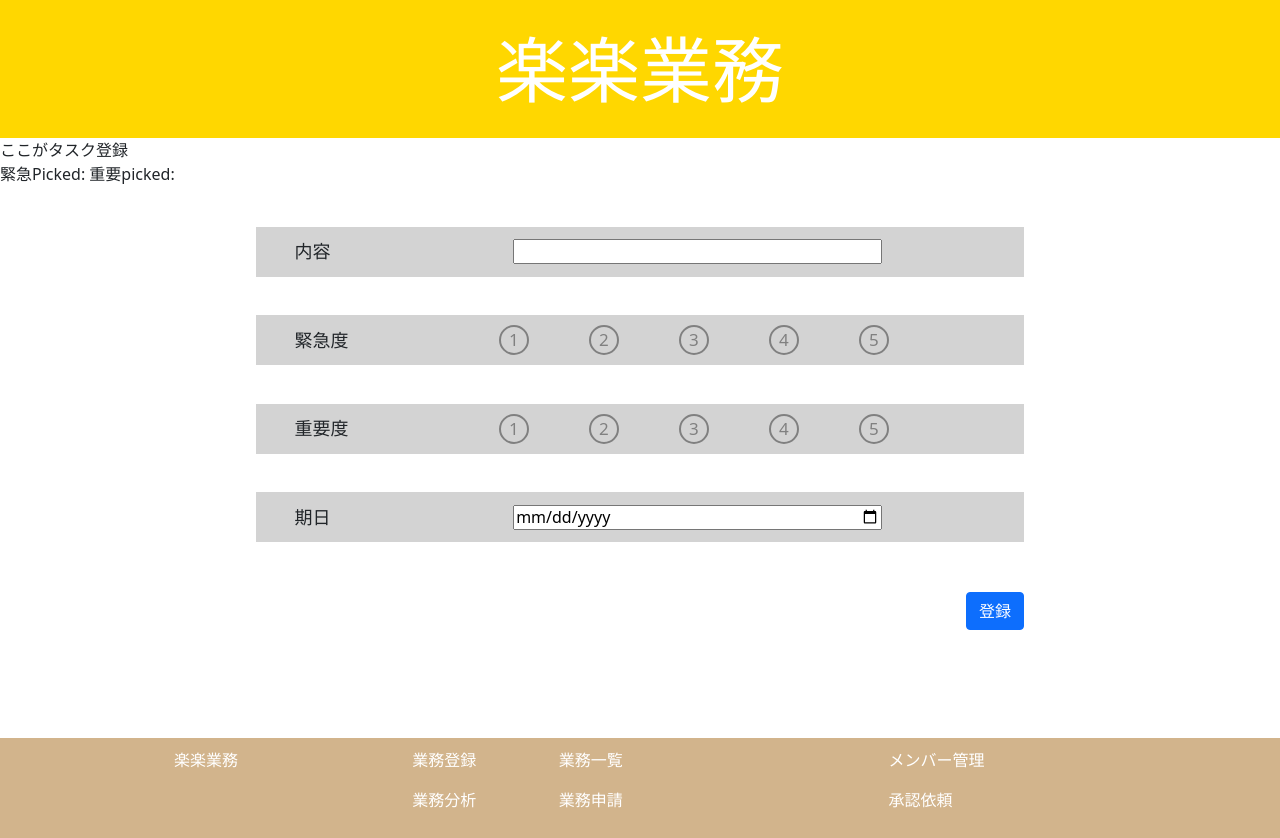
Repository: Reiya-1003/VueReplaceTask
Page: /#/register
The author's editor kept a copy of each file at every save. The page is drawn from the files as they stood at one save, then again after the next save.
The browser window is 1280 px wide. The pictures show the whole page.
The project was rebuilt for these pictures with package versions that can differ from the ones it lists, and the page was loaded fresh each time. Also part of the build but not shown: vue.config.js, src/components/pages/PageHome.vue.

Above is the page before, as saved 2022-06-17 09:17:30.

### public/index.html
<!DOCTYPE html>
<html lang="">
  <head>
    <meta charset="utf-8">
    <meta http-equiv="X-UA-Compatible" content="IE=edge">
    <meta name="viewport" content="width=device-width,initial-scale=1.0">
    <link rel="icon" href="<%= BASE_URL %>favicon.ico">
    <link rel="stylesheet" href="style.css">
    <title><%= htmlWebpackPlugin.options.title %></title>
  </head>
  <body>
    <noscript>
      <strong>We're sorry but <%= htmlWebpackPlugin.options.title %> doesn't work properly without JavaScript enabled. Please enable it to continue.</strong>
    </noscript>
    <div id="app"></div>
    <!-- built files will be auto injected -->
  </body>
</html>

### src/main.js
import Vue from 'vue'
import App from './App.vue'
import router from './roter'
import { BootstrapVue, IconsPlugin } from 'bootstrap-vue'
import 'bootstrap/dist/css/bootstrap.css'
import 'bootstrap-vue/dist/bootstrap-vue.css'

Vue.config.productionTip = false

Vue.use(BootstrapVue)
Vue.use(IconsPlugin)




new Vue({
  router,
  render: h => h(App),
}).$mount('#app')

### src/App.vue
<template>
  <div>
      <PageHeader />

        <!-- <PageHome /> -->
        <router-view />

      <PageFooter />
  </div>
</template>

<script>
import PageHeader from "./components/modules/PageHeader";
import PageFooter from "./components/modules/PageFooter";


export default {
  name: 'App',
  components: {
    PageHeader,
    PageFooter,


  },

}
</script>

<style>

</style>

### src/roter.js
import Vue from 'vue'
import VueRouter from 'vue-router'
import Home from '@/components/pages/PageHome.vue'
import Register from '@/components/pages/PageRegister.vue'
import Edit from '@/components/pages/PageEdit.vue'




Vue.use(VueRouter)

export default new VueRouter({
  // デフォルトの挙動では URL に `#` が含まれる.
  // URL から hash を取り除くには `mode:history` を指定する
  // mode: 'history',
  base: __dirname,

  routes: [
    {
      path: '/',
      name: 'home',
      component: Home
    },
    {
      path: '/register',
      name: 'register',
      component: Register
    },
    {
      path: '/edit',
      name: 'edit',
      component: Edit
    },



  ]

})

### src/components/modules/PageHeader.vue
<template>
  <header id="headerblock">

    <h1 id="title" ><router-link to="/" >楽楽業務</router-link></h1>


  </header>
</template>

<script>
export default {
  name: 'PageHeader',

}
</script>


<style lang="scss" type="text/css">
  #headerblock{
    height: 10%;
    width: 100%;
    background-color: #ffd700;
    h1{
      margin: 0;
      text-align: center;
      padding: 2%;
      color: white;
      font-size: 10vh;
      font-weight: normal;
      a{
      cursor: pointer;
      color: inherit;
      text-decoration: none;
    }
    }


  }
</style>

### src/components/modules/PageFooter.vue
<template>
  <div id="footblock">

    <div class="flexitem1">
      <p><router-link to="/" >楽楽業務</router-link></p>
    </div>
    <div class="flexitem2">
      <div>
        <!-- roter-linkになると思う -->
        <p><router-link to="/register">業務登録</router-link></p>
        <p>業務分析</p>
      </div>
      <div class="item">
        <p>業務一覧</p>
        <p>業務申請</p>
      </div>
    </div>
    <div class="flexitem3">
      <p>メンバー管理</p>
      <p>承認依頼</p>
    </div>


  </div>
</template>

<script>
export default {
  name: 'PageFooter',

}
</script>


<style lang="scss" type="text/css">
  #footblock{
    background-color: #d2b48c;
    color: white;
    display: flex;
    justify-content: space-around;

    .flexitem1{
      width: 100%;
      text-align: center;
      padding-top: 10px;
      padding-bottom: 10px;
      a{
      cursor: pointer;
      color: inherit;
      text-decoration: none;
      }
    }
    .flexitem2{
      width: 100%;
      display: flex;
      padding-top: 10px;
      padding-bottom: 10px;
      justify-content: flex-start;
      a{
      cursor: pointer;
      color: inherit;
      text-decoration: none;
      }
      .item{
        padding-left: 20%;
      }
    }
    .flexitem3{
      padding-top: 10px;
      padding-bottom: 10px;
      padding-left: 5%;
      width: 100%;
      a{
      cursor: pointer;
      color: inherit;
      text-decoration: none;
      }
    }
  }
</style>

### src/components/pages/PageRegister.vue
<template>
  <div style="height: 600px">
    <div>ここがタスク登録</div>
    <span>緊急Picked: {{ Urgencypicked}}</span>
    <span>重要picked: {{picked}}</span>

    <div class="listbox">
      <div class="listitem">
        <span class="itemtitle">内容</span
        ><span class="item"><input type="text" class="textinput" /></span>
      </div>
      <div class="listradioitem">
        <span class="itemtitle">緊急度</span>
        <span class="item">
          <input type="radio" id="one" value="one" name="Urgency" class="radioinput" v-model="Urgencypicked"/><label
            for="one"
            >1</label>
          <input type="radio" id="two" value="two" name="Urgency" class="radioinput" v-model="Urgencypicked"/><label
            for="two"
            >2</label>
            <input type="radio" id="three" value="three" name="Urgency" class="radioinput" v-model="Urgencypicked"/><label
            for="three"
            >3</label>
            <input type="radio" id="four" value="four" name="Urgency" class="radioinput" v-model="Urgencypicked"/><label
            for="four"
            >4</label>
            <input type="radio" id="five" value="five" name="Urgency" class="radioinput" v-model="Urgencypicked"/><label
            for="five"
            >5</label>

        </span>
      </div>
      <div class="listradioitem">
        <span class="itemtitle">重要度</span>
        <span class="item">
          <input type="radio" id="imone" value="one" name="importance" class="radioinput" v-model="picked"/><label
            for="imone"
            >1</label>
          <input type="radio" id="imtwo" value="two" name="importance" class="radioinput" v-model="picked"/><label
            for="imtwo"
            >2</label>
            <input type="radio" id="imthree" value="three" name="importance" class="radioinput" v-model="picked"/><label
            for="imthree"
            >3</label>
            <input type="radio" id="imfour" value="four" name="importance" class="radioinput" v-model="picked"/><label
            for="imfour"
            >4</label>
            <input type="radio" id="imfive" value="five" name="importance" class="radioinput" v-model="picked"/><label
            for="imfive"
            >5</label>

        </span>
      </div>
      <div class="listitem">
        <span class="itemtitle">期日</span
        ><span class="item"><input type="date" class="dateinput" /></span>
      </div>
    </div>
    <div class="listbutton">
      <b-button variant="primary">登録</b-button>
    </div>

  </div>
</template>

<script>
export default {
  name: "PageRegister",
  data(){
    return{
      Urgencypicked:"",
      picked:""
    }
  }
};
</script>

<style lang="scss" type="text/css">
.listbox {
  margin: 3px auto;
  height: 400px;
  width: 60%;
  display: flex;
  flex-direction: column;

  .listitem{
    .item {
      width: 80%;
      display: flex;
      justify-content: center;
      margin-left: 5%;
      .textinput {
        width: 60%;
        height: 25px;
       margin-left: 7%;
      }
      .dateinput {
        width: 60%;
        height: 25px;
        margin-left: 7%;
      }

  }
  }


  .listradioitem {
    height: 50px;
    display: flex;
    align-items: center;
    margin-top: 5%;
    background-color: lightgray;
    text-align: center;
    .itemtitle {
      margin-left: 5%;
      font-size: large;
    }
    .item {
      width: 80%;
      display: flex;
      justify-content: center;
      margin-left: 5%;

      .radioinput{
        display: none;

      }


label:hover {
background-color: #E2EDF9; /* マウスオーバー時の背景色を指定する */
}
label {
    display: block;
    float: left;
    margin: 5px;
    width: 30px;
    height: 30px;
    text-align: center;
    color: gray;
    cursor: pointer;
    border: 2px solid;
    border-radius: 50%;
    font-size: 17px;
    margin-left: 30px;
    margin-right: 30px;

}
:checked + label {
  color: #ffffff;
}




    }
  }
}

.listbutton{
    width: 80%;
    text-align: end;
  }
</style>

### src/components/pages/PageEdit.vue
<template>
  <div style="height: 600px">
    <div>ここがタスク編集</div>
    <span>緊急Picked: {{ Urgencypicked}}</span>
    <span>重要picked: {{picked}}</span>

    <div class="listbox">
      <div class="listitem">
        <span class="itemtitle">内容</span
        ><span class="item"><input type="text" class="textinput" /></span>
      </div>
      <div class="listradioitem">
        <span class="itemtitle">緊急度</span>
        <span class="item">
          <input type="radio" id="one" value="one" name="Urgency" class="radioinput" v-model="Urgencypicked"/><label
            for="one"
            >1</label>
          <input type="radio" id="two" value="two" name="Urgency" class="radioinput" v-model="Urgencypicked"/><label
            for="two"
            >2</label>
            <input type="radio" id="three" value="three" name="Urgency" class="radioinput" v-model="Urgencypicked"/><label
            for="three"
            >3</label>
            <input type="radio" id="four" value="four" name="Urgency" class="radioinput" v-model="Urgencypicked"/><label
            for="four"
            >4</label>
            <input type="radio" id="five" value="five" name="Urgency" class="radioinput" v-model="Urgencypicked"/><label
            for="five"
            >5</label>

        </span>
      </div>
      <div class="listradioitem">
        <span class="itemtitle">重要度</span>
        <span class="item">
          <input type="radio" id="imone" value="one" name="importance" class="radioinput" v-model="picked"/><label
            for="imone"
            >1</label>
          <input type="radio" id="imtwo" value="two" name="importance" class="radioinput" v-model="picked"/><label
            for="imtwo"
            >2</label>
            <input type="radio" id="imthree" value="three" name="importance" class="radioinput" v-model="picked"/><label
            for="imthree"
            >3</label>
            <input type="radio" id="imfour" value="four" name="importance" class="radioinput" v-model="picked"/><label
            for="imfour"
            >4</label>
            <input type="radio" id="imfive" value="five" name="importance" class="radioinput" v-model="picked"/><label
            for="imfive"
            >5</label>

        </span>
      </div>
      <div class="listitem">
        <span class="itemtitle">期日</span
        ><span class="item"><input type="date" class="dateinput" /></span>
      </div>
    </div>
  </div>
</template>

<script>
export default {
  name: "PageEdit",
  data(){
    return{
      Urgencypicked:"",
      picked:""
    }
  }
};
</script>

<style lang="scss" type="text/css">
.listbox {
  margin: 3px auto;
  height: 400px;
  width: 60%;
  display: flex;
  flex-direction: column;

  .listitem {
    height: 50px;
    display: flex;
    align-items: center;
    margin-top: 5%;
    background-color: lightgray;
    text-align: center;
    .itemtitle {
      margin-left: 5%;
      font-size: large;
    }
    .item {
      width: 80%;
      display: flex;
      justify-content: center;
      margin-left: 5%;
      .textinput {
        width: 60%;
        height: 25px;
      }
      .dateinput {
        width: 60%;
        height: 25px;
      }
      .radioinput{
        display: none;

      }


label:hover {
background-color: #E2EDF9; /* マウスオーバー時の背景色を指定する */
}
label {
    display: block;
    float: left;
    margin: 5px;
    width: 30px;
    height: 30px;
    text-align: center;
    color: gray;
    cursor: pointer;
    border: 2px solid;
    border-radius: 50%;
    font-size: 17px;
    margin-left: 30px;
    margin-right: 30px;

}
:checked + label {
  color: #ffffff;
}




    }
  }
}
</style>

### public/style.css
body{
  margin: 0;
  font-size: 1vmax;
}

After the next save:
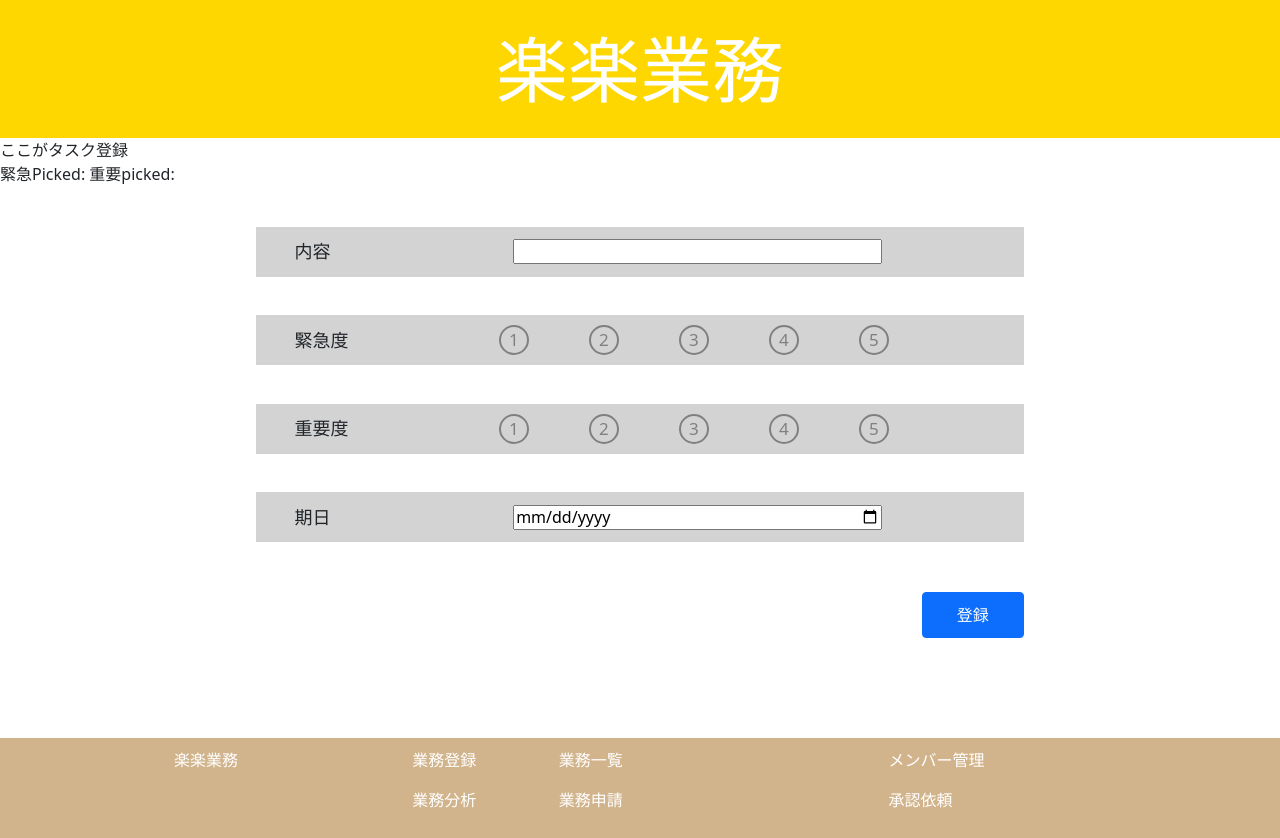
Saved 84 s later.
--- a/src/components/pages/PageRegister.vue
+++ b/src/components/pages/PageRegister.vue
@@ -57,7 +57,7 @@
       </div>
     </div>
     <div class="listbutton">
-      <b-button variant="primary">登録</b-button>
+      <b-button variant="primary" style=" width: 10%; padding: 10px;">登録</b-button>
     </div>
 
   </div>
